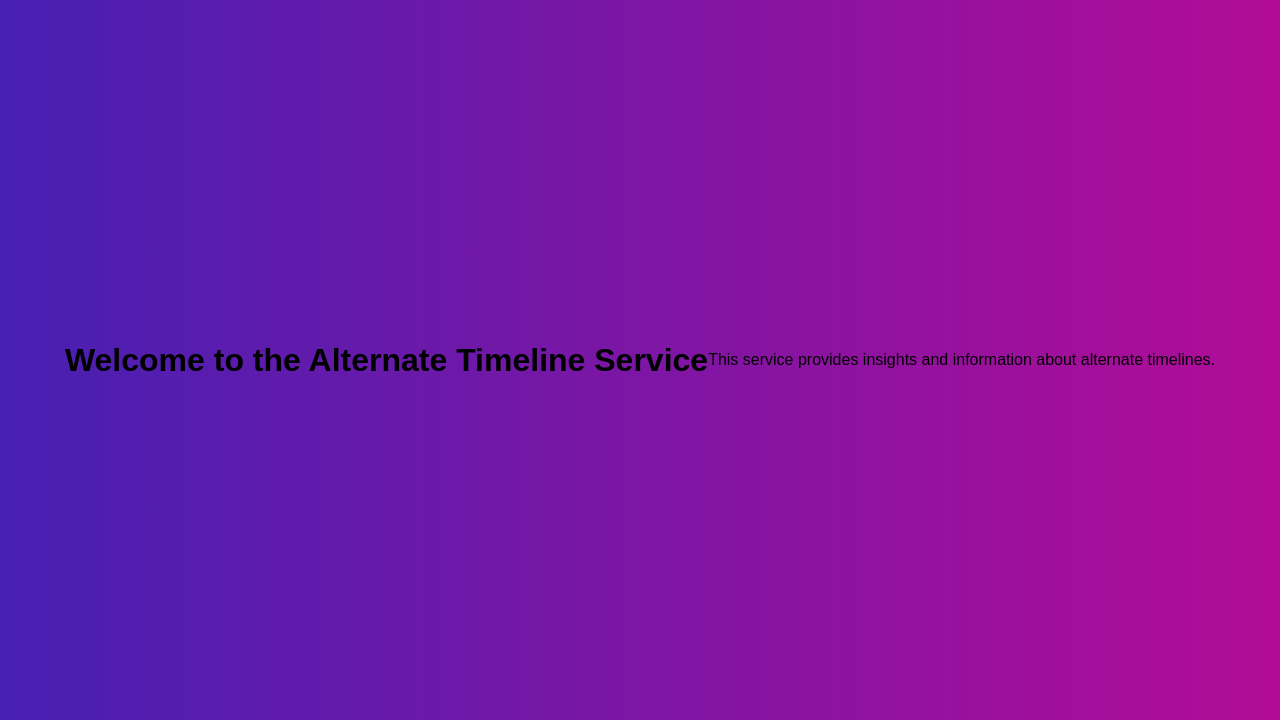
Repository: JovKun/DecisionCraft
Page: service/index.html
An editor plug-in stored every save of this project. The page is shown before and after the next save, followed by the edit.
The browser window is 1280 px wide. The pictures show the whole page.

Above is the page before, as saved 2026-01-31 12:40:38.
Not found: service/script.js

### service/index.html
<!DOCTYPE html>
<html lang="en">
<head>
    <meta charset="UTF-8">
    <meta name="viewport" content="width=device-width, initial-scale=1.0">
    <title>Alternate Timeline</title>
    <link rel="stylesheet" href="style.css">
</head>
<body>
    <h1>Welcome to the Alternate Timeline Service</h1>
    <p>This service provides insights and information about alternate timelines.</p>

    <div id="timeline-container">
        <!-- Timeline information will be dynamically loaded here -->
    </div>

    <script src="script.js"></script>
</body>
</html>

### service/style.css
/* style.css */
html {
    background: linear-gradient(to right, rgb(101, 45, 255), rgb(255, 17, 215));
    filter: brightness(0.7);
    height: 100%;
    margin: 0;
    font-family: Arial, sans-serif;
}

body {
    display: flex;
    justify-content: center;
    align-items: center;
    height: 100vh;
    margin: 0;
}

.container {
    background-color: white;
    border-radius: 15px;
    box-shadow: 0 4px 8px rgba(0, 0, 0, 0.2);
    padding: 20px;
    text-align: center;
    width: 300px;
}

After the next save:
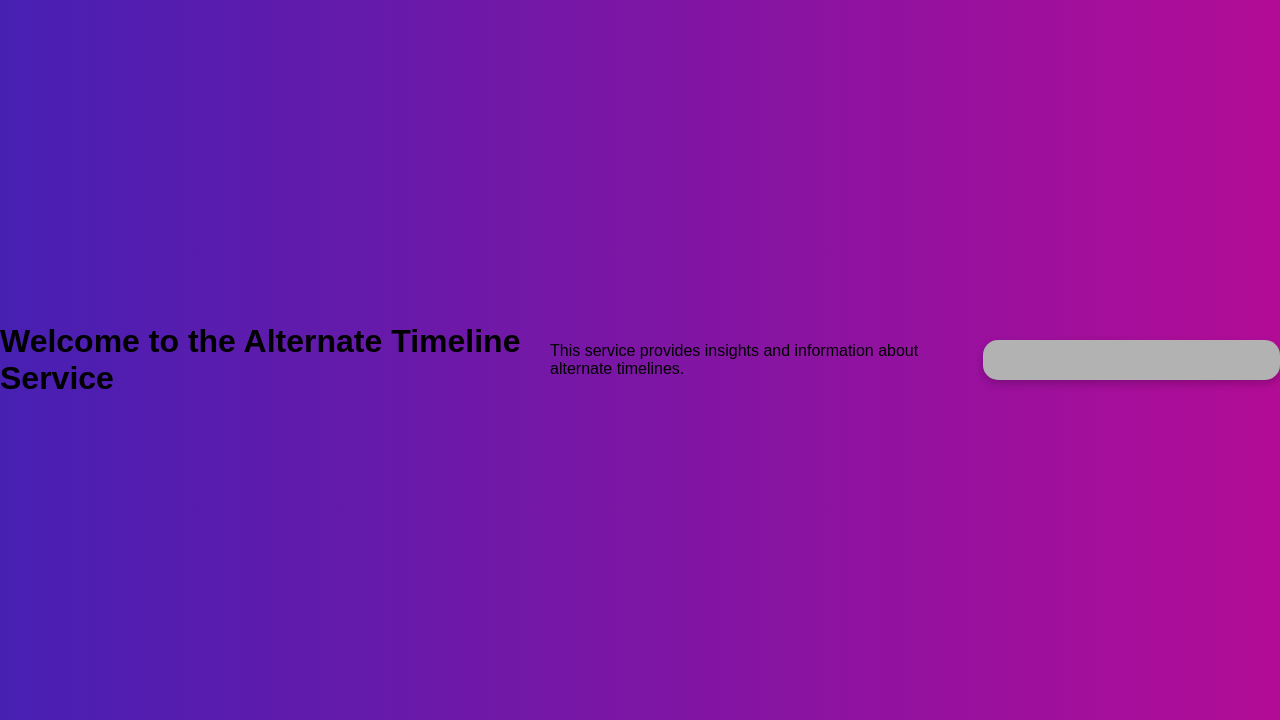
Saved 4 s later.
--- a/service/index.html
+++ b/service/index.html
@@ -10,7 +10,7 @@
     <h1>Welcome to the Alternate Timeline Service</h1>
     <p>This service provides insights and information about alternate timelines.</p>
 
-    <div id="timeline-container">
+    <div id="timeline-container" class="container">
         <!-- Timeline information will be dynamically loaded here -->
     </div>
 
